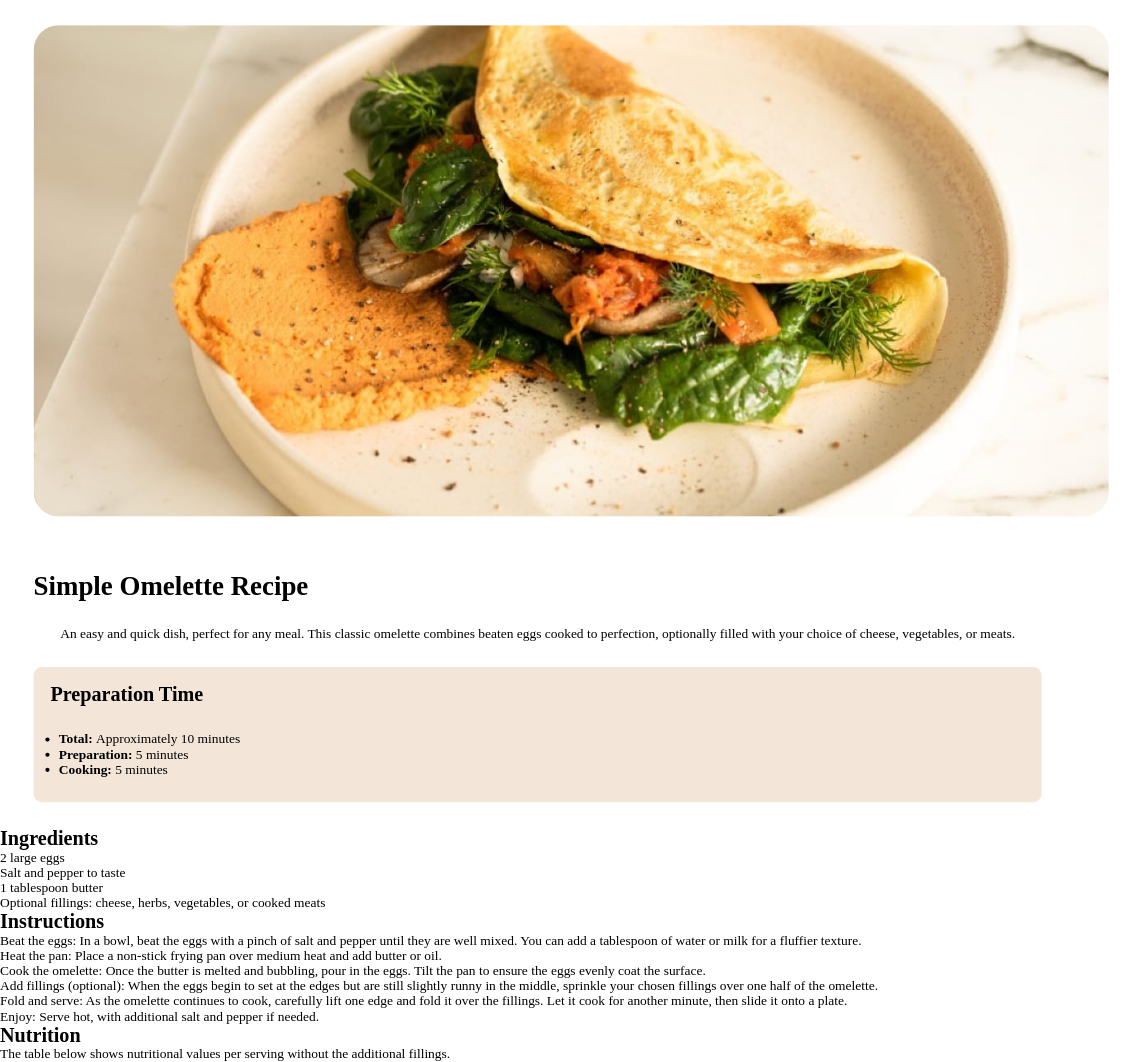
Repository: akbasliogulcan/omletterecipe
Page: index.html
An editor plug-in stored every save of this project. The page is shown before and after the next save, followed by the edit.
The browser window is 1280 px wide. The page is 1360 px wide, then 1340 px, then 1360 px, so the pictures cover 1360 px, including what lies to the right of the window. The pictures show the whole page, at 84% of full size.

Above is the page before, as saved 2025-07-20 18:03:01.

After the next save:
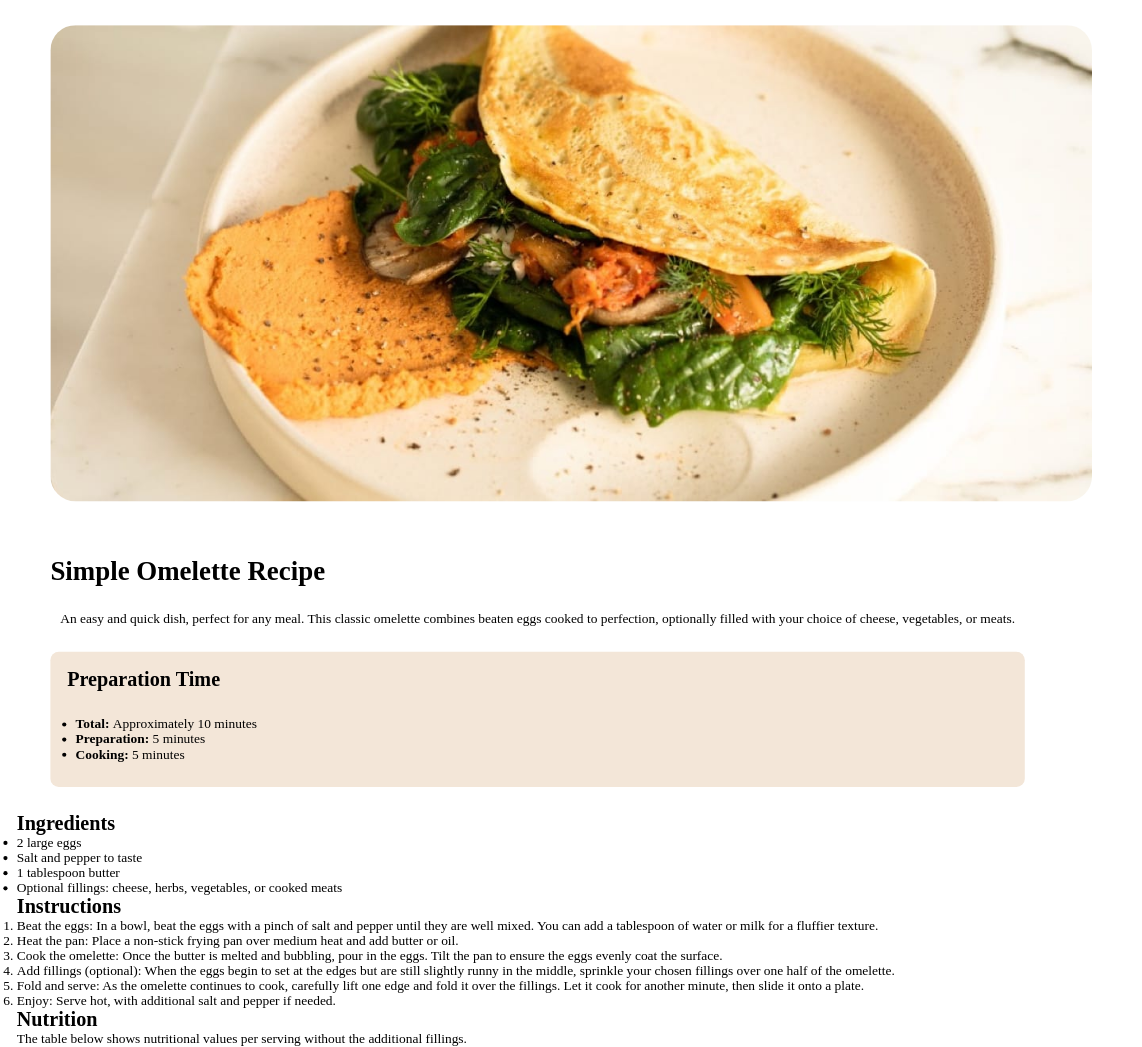
Saved 10 s later.
--- a/style.css
+++ b/style.css
@@ -7,6 +7,7 @@
 body {
   display: block;
   margin: 0 auto;
+  padding: 0 20px;
 }
 
 .omelette img {

After the save that followed:
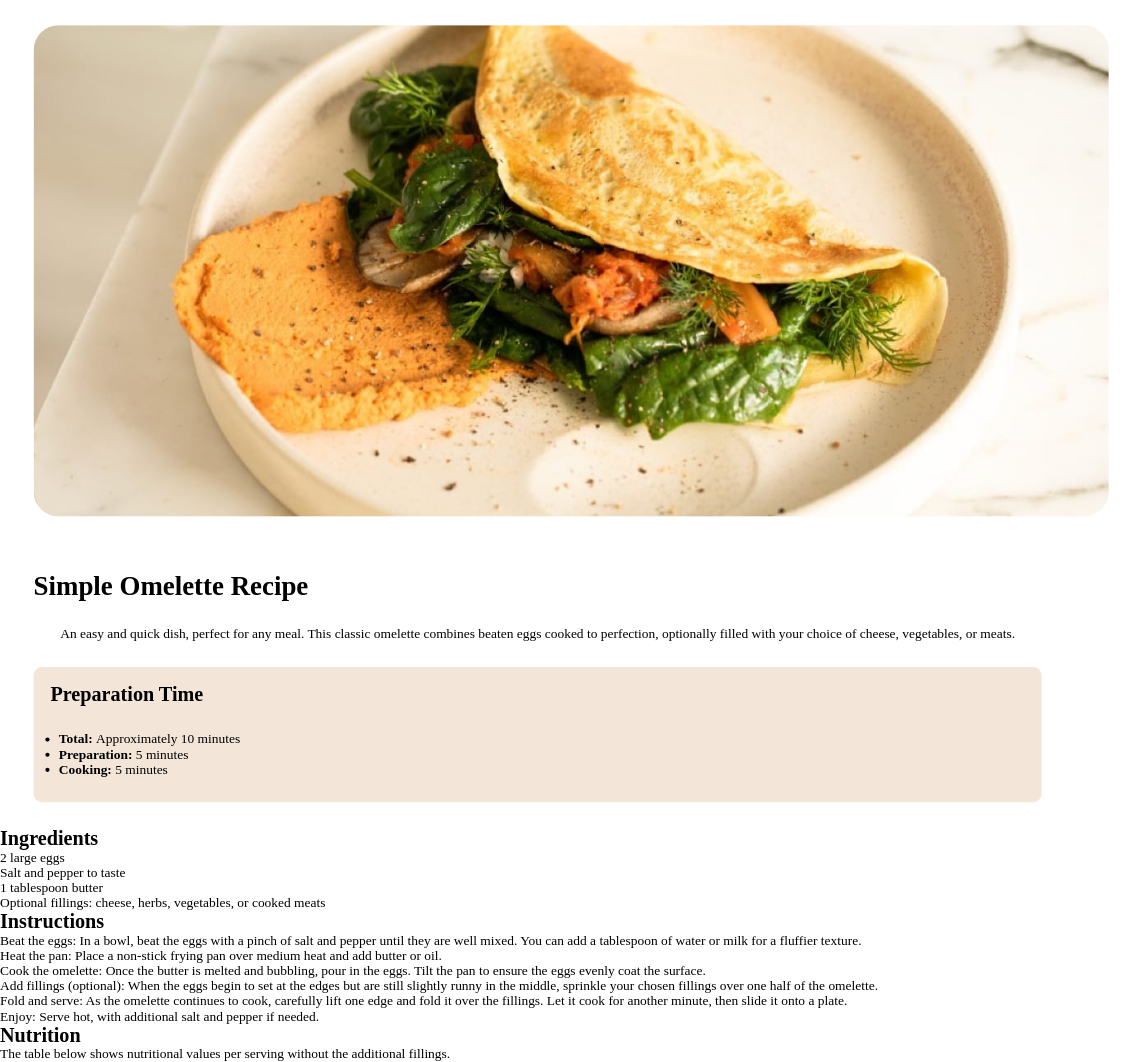
Saved 12 s later.
--- a/style.css
+++ b/style.css
@@ -6,8 +6,8 @@
 
 body {
   display: block;
-  margin: 0 auto;
-  padding: 0 20px;
+  margin: 0px;
+  padding: 0px;
 }
 
 .omelette img {
